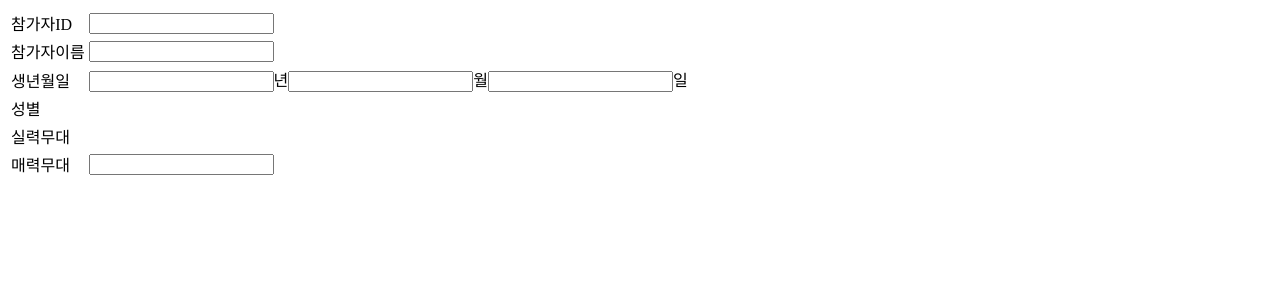
Repository: khs220507/WebClass
Page: prj0828/src/main/webapp/Audition/register.html
An editor plug-in stored every save of this project. The page is shown before and after the next save, followed by the edit.
The browser window is 1280 px wide. The pictures show the whole page.

Above is the page before, as saved 2023-08-28 07:57:29.

After the next save:
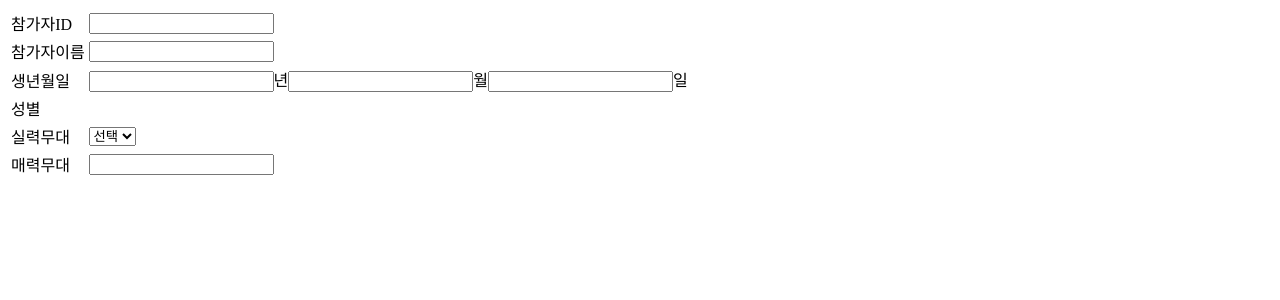
Saved 51 s later.
--- a/prj0828/src/main/webapp/Audition/register.html
+++ b/prj0828/src/main/webapp/Audition/register.html
@@ -24,7 +24,12 @@
 		</tr>
 		<tr>
 			<td>실력무대</td>
-			<td></td>
+			<td><select>
+				<option>선택</option>
+				<option>보컬</option>
+				<option>댄스</option>
+				<option>랩</option>
+			</select></td>
 		</tr>
 		<tr>
 			<td>매력무대</td>
